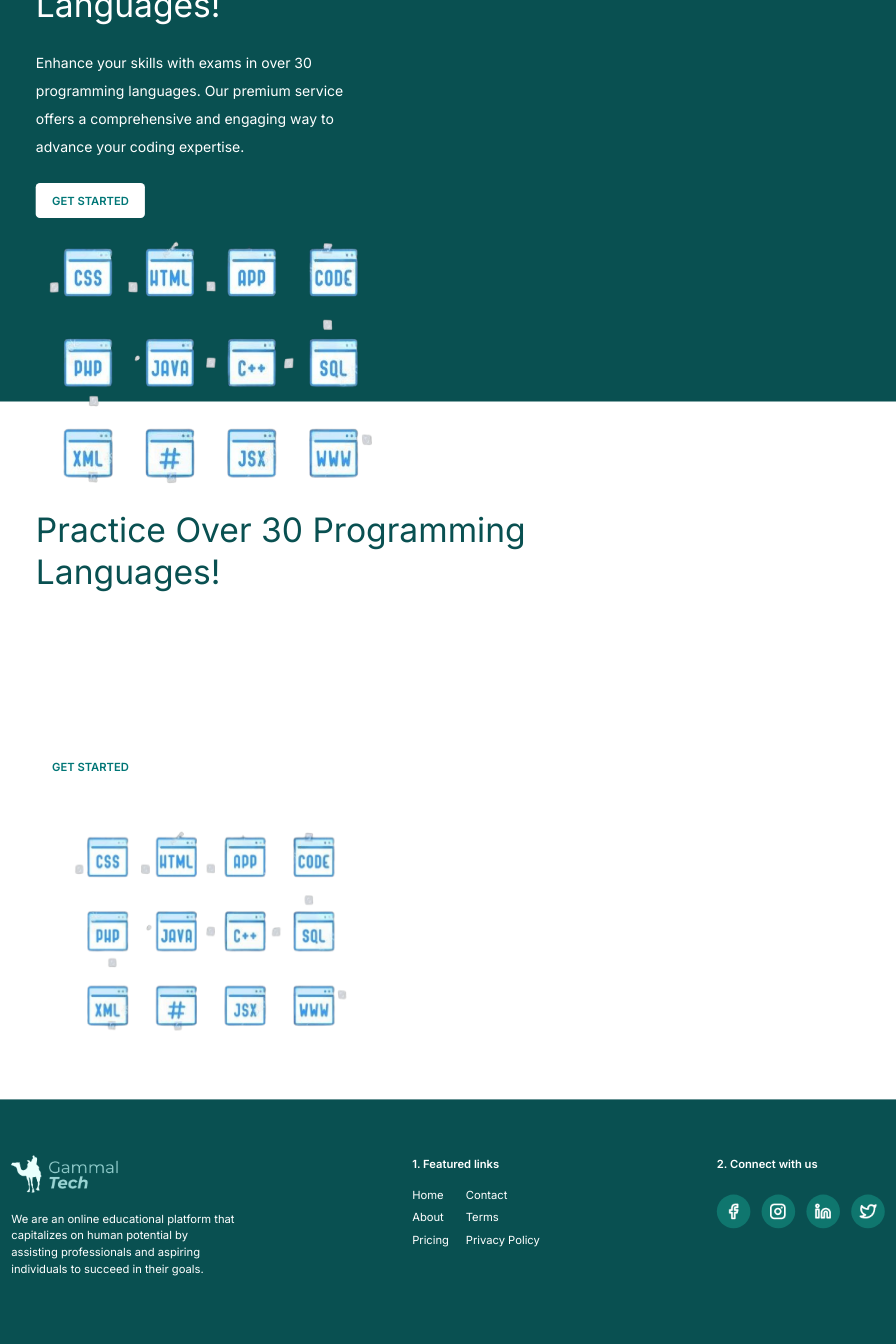
Repository: Ahmed77669/Internship-test
Page: /
The author's editor kept a copy of each file at every save. The page is drawn from the files as they stood at one save, then again after the next save.
The browser window is 1280 px wide. The pictures show the part of the page from y = 1091 to 3011 px (the page is 3046 px tall), at 70% of full size.
The project was rebuilt for these pictures with package versions that can differ from the ones it lists, and the page was loaded fresh each time. The framework's server and built-in components were replaced by stand-ins that run in the browser. Also part of the build but not shown: next.config.mjs.

Above is the page before, as saved 2024-10-13 19:31:44.

### app/layout.tsx
import type { Metadata } from "next";
import localFont from "next/font/local";
import "./globals.css";
import NavBarHome from "@/components/Navbar";
import { Inter } from "next/font/google";
import Footer from "@/components/Footer/Footer";

const inter = Inter({
  subsets: ["latin"],
});
const geistSans = localFont({
  src: "./fonts/GeistVF.woff",
  variable: "--font-geist-sans",
  weight: "100 900",
});
const geistMono = localFont({
  src: "./fonts/GeistMonoVF.woff",
  variable: "--font-geist-mono",
  weight: "100 900",
});

export const metadata: Metadata = {
  title: "Create Next App",
  description: "Generated by create next app",
};

export default function RootLayout({
  children,
}: Readonly<{
  children: React.ReactNode;
}>) {
  return (
    <html lang="en">
      <body
        className={`${geistSans.variable} ${geistMono.variable} antialiased ${inter.className}`}
      >
        <NavBarHome />
        {children}
        <Footer />
      </body>
    </html>
  );
}

### app/page.tsx
import NavBarHome from "@/components/Navbar";
import Home_1 from "@/components/Home_1";
import Image from "next/image";

export default function Home() {
  return (
      <main>
        <Home_1 />
      </main>

  );
}

### app/globals.css
@tailwind base;
@tailwind components;
@tailwind utilities;

:root {
  --background: #ffffff;
  /* --foreground: #171717; */
}

@media (prefers-color-scheme: dark) {
  :root {
    /* --background: #0a0a0a; */
    --foreground: #ededed;
  }
}

body {
  color: var(--foreground);
  background: var(--background);
  font-family: Arial, Helvetica, sans-serif;
}

@layer utilities {
  .text-balance {
    text-wrap: balance;
  }
}

### components/Navbar.tsx
"use client";
import React, { useState, useRef, useEffect } from "react";
import GT_logo from "@/public/Component 6.png";
import Link from "next/link";
import { Inter } from "next/font/google";
import Image from "next/image";
import { useRouter } from "next/navigation";

const inter = Inter({
  subsets: ["latin"],
  weight: ["100", "200", "300", "400", "500", "600", "700"],
});

const NavBarHome = () => {
  const [isOpen, setIsOpen] = useState(false);
  const menuRef = useRef(null);
  const router = useRouter();

  const route = (page: string) => {
    router.push(page);
  };

  const handleOutsideClick = (event: { target: any; }) => {
    if (menuRef.current && !menuRef.current.contains(event.target)) {
      setIsOpen(false);
    }
  };

  useEffect(() => {
    document.addEventListener("mousedown", handleOutsideClick);
    return () => {
      document.removeEventListener("mousedown", handleOutsideClick);
    };
  }, []);

  const toggleMenu = () => {
    setIsOpen((prev) => !prev);
  };

  return (
    <div className={`py-5 container mx-auto ${inter.className} w-[92%]`}>
      <nav className="relative">
        <ul className="flex justify-between items-center">
          <li className="min-w-[152px]">
            <Link href="/">
              <Image
                src={GT_logo}
                alt="Gammal Tech Logo"
                width={130}
                className="cursor-pointer"
              />
            </Link>
          </li>
          <div className="hidden md:flex space-x-5">
            <Link href="/" className="text-[#007676] text-[18px] font-normal flex items-center">Home</Link>
            <Link href="/pricing" className="text-[#007676] text-[18px] font-normal flex items-center">Pricing</Link>
            {/* <Link href="/contests" className="text-[#007676] text-[18px] font-normal flex items-center">Contests</Link> */}
            {/* <Link href="/ai-challenge" className="text-[#007676] text-[18px] font-normal flex items-center">AI Challenge</Link> */}
            {/* <Link href="/rank" className="text-[#007676] text-[18px] font-normal flex items-center">Rank</Link> */}
            <Link href="/about" className="text-[#007676] text-[18px] font-normal flex items-center">About</Link>
            <Link href="/about" className="text-[#007676] text-[18px] font-normal flex items-center">Contact Us</Link>

            <button
              onClick={() => route("/")}
              className="bg-[#007676] text-white rounded-md w-[156px] h-[50px] text-[16px] font-semibold  py-1 px-3 transition-all duration-300 ease-in-out hover:bg-[#005555] hover:shadow-lg"
            >
              GET STARTED
            </button>

          </div>
          <div className="md:hidden flex items-center">
            <button onClick={toggleMenu} className="text-[#007676] focus:outline-none">
              {/* {isOpen ? (
                <FaTimes className="text-2xl" />
              ) : (
                <FaBars className="text-2xl" />
              )} */}
            </button>
          </div>
        </ul>

        {isOpen && (
          <div
            ref={menuRef}
            className="absolute right-0 mt-2 w-48 bg-white shadow-lg rounded-lg z-20 transition-transform transform origin-top-right scale-100 mx-4"
          >
            <div className="flex flex-col">
              <Link
                href="/"
                className="text-[#007676] text-lg font-semibold hover:bg-[#f0f0f0] transition duration-200 p-3 rounded-lg"
                onClick={() => setIsOpen(false)}
              >
                Home
              </Link>
              <Link
                href="/pricing"
                className="text-[#007676] text-lg font-semibold hover:bg-[#f0f0f0] transition duration-200 p-3 rounded-lg"
                onClick={() => setIsOpen(false)}
              >
                Pricing
              </Link>
              <Link
                href="/contests"
                className="text-[#007676] text-lg font-semibold hover:bg-[#f0f0f0] transition duration-200 p-3 rounded-lg"
                onClick={() => setIsOpen(false)}
              >
                Contests
              </Link>
              <Link
                href="/ai-challenge"
                className="text-[#007676] text-lg font-semibold hover:bg-[#f0f0f0] transition duration-200 p-3 rounded-lg"
                onClick={() => setIsOpen(false)}
              >
                AI Challenge
              </Link>
              <Link
                href="/rank"
                className="text-[#007676] text-lg font-semibold hover:bg-[#f0f0f0] transition duration-200 p-3 rounded-lg"
                onClick={() => setIsOpen(false)}
              >
                Rank
              </Link>
              <Link
                href="/about"
                className="text-[#007676] text-lg font-semibold hover:bg-[#f0f0f0] transition duration-200 p-3 rounded-lg"
                onClick={() => setIsOpen(false)}
              >
                About Us
              </Link>
            </div>
          </div>
        )}
      </nav>
    </div>
  );
};

export default NavBarHome;

### components/Footer/Footer.tsx
import React from 'react';
import Image from "next/image";
import footerLogo from "@/public/gammalTech-logos/footer-logo.png";
import Link from 'next/link';
import linkdin from "@/public/socialmediaIcons/linkdin.png";
import facebook from "@/public/socialmediaIcons/Facebook.png";
import instagram from "@/public/socialmediaIcons/Instagram.png";
import twitter from "@/public/socialmediaIcons/Twitter.png";

const Footer = () => {
  return (

      <section className= "bg-[#095051] py-20 min-h-96 h-auto">
        <div className="container mx-auto px-4 ">
          <div className="flex justify-between flex-wrap ">
            <div className='mb-10'>
              <div className="mb-6">
                <Image src={footerLogo} alt='Gammal Tech Logo' width={152} />
              </div>
              <div className="text-white w-80">
                We are an online educational platform that capitalizes on human potential by assisting professionals and aspiring individuals to succeed in their goals.
              </div>
            </div>

            <div className="text-white flex flex-col mb-10">
              <p className="font-semibold mb-5">1. Featured links</p>
              <div className="flex justify-between ">
                <div className="space-y-2 mr-6">
                  <p className='cursor-pointer'>Home</p>
                  <p className='cursor-pointer'>About</p>
                  <p className='cursor-pointer'>Pricing</p>
                </div>
                <div className="space-y-2">
                  <p className='cursor-pointer'>Contact</p>
                  <p className='cursor-pointer'>Terms</p>
                  <p className='cursor-pointer'>Privacy Policy</p>
                </div>
              </div>
            </div>

            <div>
              <p className="text-white font-semibold mb-8">2. Connect with us</p>
              <div className="flex space-x-4">
                <Link href="https://www.facebook.com/gammal.tech/?locale=ar_AR" passHref target='_blank'>
                  <div className="w-12 h-12 bg-teal-700 rounded-full flex items-center justify-center cursor-pointer">
                    <Image src={facebook} alt='Facebook Logo' />
                  </div>
                </Link>
                <Link href="https://www.instagram.com/gammal.tech/?hl=ar" passHref target='_blank'>
                  <div className="w-12 h-12 bg-teal-700 rounded-full flex items-center justify-center cursor-pointer">
                    <Image src={instagram} alt='Instagram Logo' />
                  </div>
                </Link>
                <Link href="https://www.linkedin.com/company/gammal-tech/" passHref target='_blank'>
                  <div className="w-12 h-12 bg-teal-700 rounded-full flex items-center justify-center cursor-pointer">
                    <Image src={linkdin} alt='LinkedIn Logo' />
                  </div>
                </Link>
                <Link href="https://x.com/gammaltech?lang=ar" passHref target='_blank'>
                  <div className="w-12 h-12 bg-teal-700 rounded-full flex items-center justify-center cursor-pointer">
                    <Image src={twitter} alt='Twitter Logo' />
                  </div>
                </Link>
              </div>
            </div>
          </div>
        </div>
      </section>
  );
};

export default Footer;

### components/Home_1.tsx
import React from 'react'
import Image from 'next/image'
import lang from "@/public/landingPage-photos/lang.png"

const Home = () => {
  return (
    <section className='mt-40'>
        <div className="w-[92%]  container mx-auto flex justify-between flex-wrap">
            <div className='w-[660px]'>
                <div className="text-[#094546] text-5xl w-full leading-[60px]">The Engaging and Effective Way to Master Programming</div>

                    <p className='text-black w-2/3 text-xl mt-8 leading-[40px]'>
                    Take interactive exams and challenges designed to make learning fun and impactful. Start your journey toward becoming a coding expert today!
                    </p>

                <button
              // onClick={() => route("/")}
              className="bg-[#007676] text-white rounded-md w-[156px] h-[50px] text-[16px] font-semibold  py-1 px-3 transition-all duration-300 ease-in-out hover:bg-[#005555] hover:shadow-lg mt-8"
            >
              GET STARTED
            </button>
            </div>
            <div className='bg-black rounded-md w-[500px] h-[450px] p-10 flex flex-wrap'>


              <pre className='text-[#4ADE80]'>
              {`#include <stdio.h>

int main() {
    int year;

    printf("Enter a year: ");
    scanf("%d", &year);

    if ((year % 100 != 0 && year % 4 == 0)) {
        printf("%d is a leap year.\\n", year);
    } else {
        printf("%d is not a leap year.\\n", year);
    }

    return 0;
}`}

               </pre>
               </div>

        </div>
<div className='bg-[#095051] mt-[12%] mb-[12%] py-36 h-[800px] content-end'>

<div className="w-[92%]  container mx-auto flex justify-between flex-wrap align-middle">
            <div className='w-[700px]'>
                <div className="text-white text-5xl w-full leading-[60px]">Practice Over 30 Programming Languages!</div>

                    <p className='text-white w-2/3 text-xl mt-8 leading-[40px]'>
                    Enhance your skills with exams in over 30 programming languages. Our premium service offers a comprehensive and engaging way to advance your coding expertise.
                    </p>

                <button
              // onClick={() => route("/")}
              className="bg-[#ffffff] text-[#007676] rounded-md w-[156px] h-[50px] text-[16px] font-semibold  py-1 px-3 transition-all duration-300 ease-in-out hover:bg-opacity-95 hover:shadow-lg mt-8"
            >
              GET STARTED
            </button>
            </div>
            <div className='rounded-md w-[500px] h-[450px]  flex flex-wrap'>

              <Image src={lang} alt='programming languages photo'/>
               {/* </div> */}</div>

        </div>
</div>

<div className="w-[92%]  container mx-auto flex justify-between flex-wrap">
            <div className='w-[700px]'>
                <div className="text-[#095051] text-5xl w-full leading-[60px]">Practice Over 30 Programming Languages!</div>

                    <p className='text-white w-2/3 text-xl mt-8 leading-[40px]'>
                    Enhance your skills with exams in over 30 programming languages. Our premium service offers a comprehensive and engaging way to advance your coding expertise.
                    </p>

                <button
              // onClick={() => route("/")}
              className="bg-[#ffffff] text-[#007676] rounded-md w-[156px] h-[50px] text-[16px] font-semibold  py-1 px-3 transition-all duration-300 ease-in-out hover:bg-opacity-95 hover:shadow-lg mt-8"
            >
              GET STARTED
            </button>
            </div>
            <div className='rounded-md w-[500px] h-[450px] p-10 flex flex-wrap'>

              <Image src={lang} alt='programming languages photo'/>
               {/* </div> */}</div>

        </div>

    </section>
  )
}

export default Home

Loaded but not shown: tailwind.config.ts (common file)

After the next save:
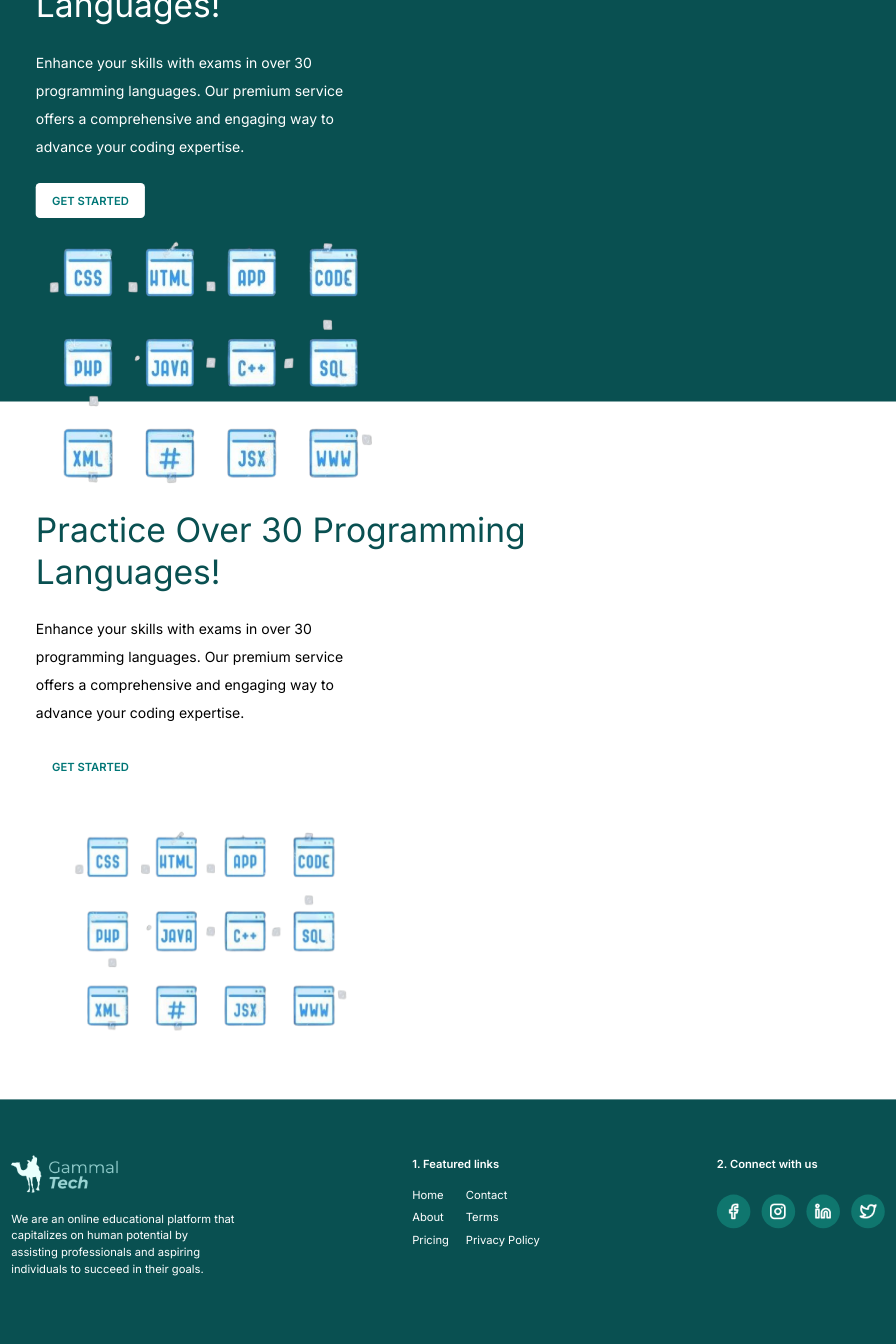
Saved 9 s later.
--- a/components/Home_1.tsx
+++ b/components/Home_1.tsx
@@ -74,7 +74,7 @@
             <div className='w-[700px]'>
                 <div className="text-[#095051] text-5xl w-full leading-[60px]">Practice Over 30 Programming Languages!</div>
 
-                    <p className='text-white w-2/3 text-xl mt-8 leading-[40px]'>
+                    <p className='text-black w-2/3 text-xl mt-8 leading-[40px]'>
                     Enhance your skills with exams in over 30 programming languages. Our premium service offers a comprehensive and engaging way to advance your coding expertise.
                     </p>
 
